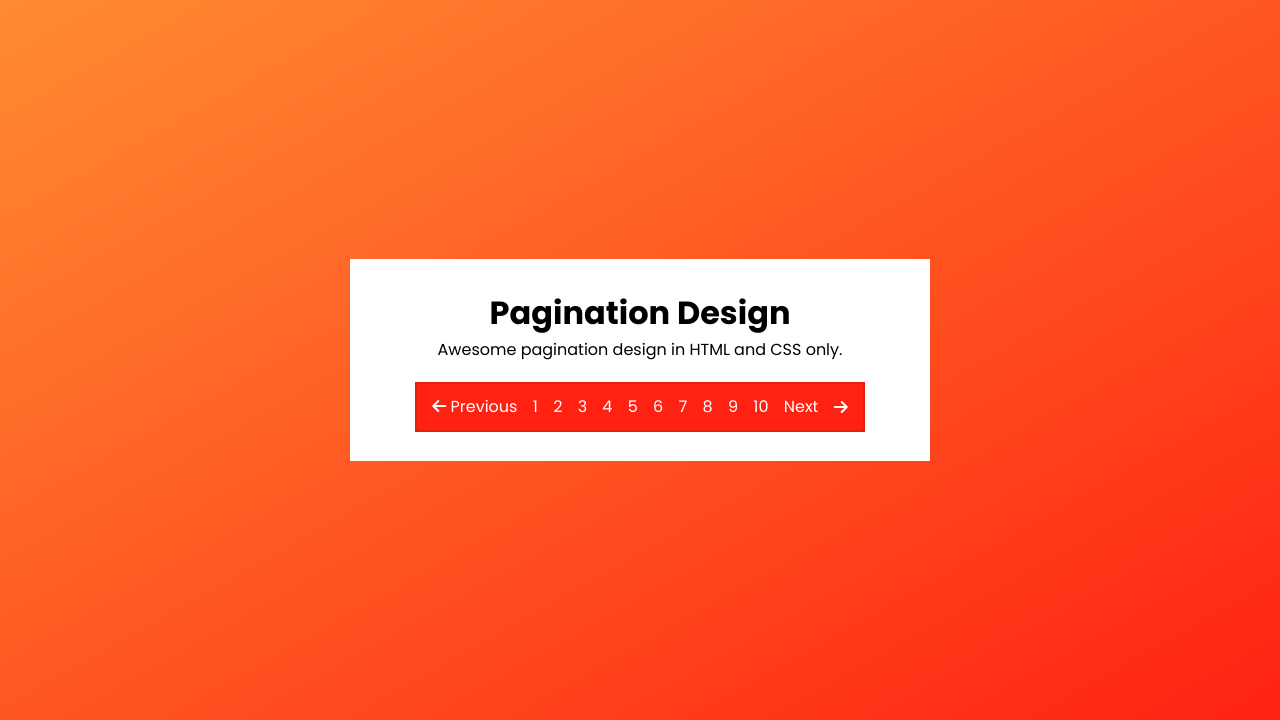
Repository: Ankitkr2021/Awesome-Pagination
Page: index.html
An editor plug-in stored every save of this project. The page is shown before and after the next save, followed by the edit.
The browser window is 1280 px wide. The pictures show the whole page.

Above is the page before, as saved 2025-10-02 09:07:04.

### index.html
<!DOCTYPE html>
<html lang="en">
<head>
    <meta charset="UTF-8">
    <meta name="viewport" content="width=device-width, initial-scale=1.0">
    <title>Document</title>
    <link rel="stylesheet" href="https://cdnjs.cloudflare.com/ajax/libs/font-awesome/6.5.0/css/all.min.css">
    <link rel="stylesheet" href="./style.css">
</head>
<body>
    <div class="page">
        <h1>Pagination Design</h1>
        <p>Awesome pagination design in HTML and CSS only.</p>
        <div class="box">
             <div><i class="fas fa-arrow-left"></i> Previous</div>
            <div>1</div>
            <div>2</div>
            <div>3</div>
            <div>4</div>
            <div>5</div>
            <div>6</div>
            <div>7</div>
            <div>8</div>
            <div>9</div>
            <div>10</div>
            Next<i class="fas fa-arrow-right"></i>
        </div>
    </div>
</body>
</html>

### style.css
@import url("https://fonts.googleapis.com/css2?family=Poppins:wght@300;400;500;600;700&display=swap");

*{
    margin: 0;
    padding: 0;
    box-sizing: border-box;
    font-family: "Poppins",sans-serif;
}

body{
    display: flex;
   justify-content: center;
   align-items: center;
    height: 100vh;
    width: 100%;
    background: linear-gradient(to bottom right, rgb(255, 139, 50), rgb(255, 34, 18));
}

.page{
   display: flex;
   justify-content: center;
   align-items: center;
   flex-direction: column;
   background: #fff;
   width: 580px;
   height: 202px;
}

h1 {
    padding: 0 20px;
}

p {
    margin-bottom: 20px;
}

.box {
    background: rgb(255, 34, 18);
    color: #fff;
    height: 50px;
    width: 450px;
    display: flex;
    justify-content: space-evenly;
    align-items: center;
    border: 2px solid rgba(0,0,0,0.1);
}

After the next save:
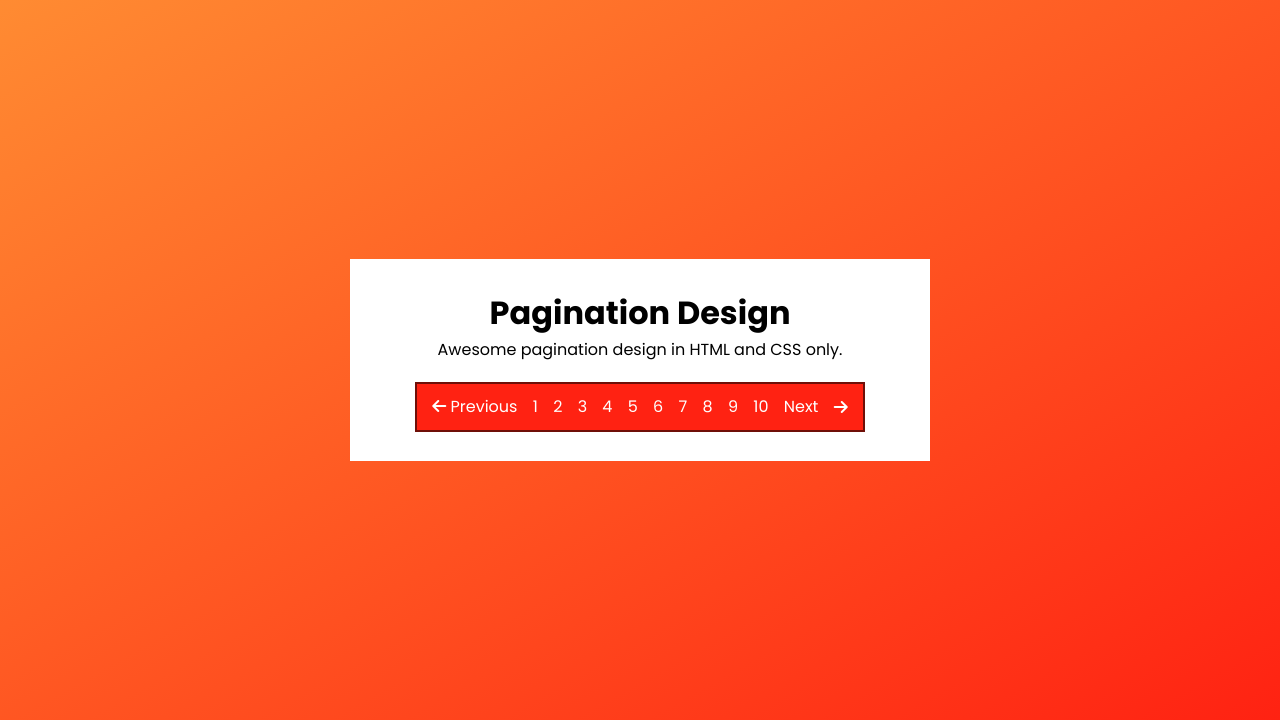
Saved 8 s later.
--- a/style.css
+++ b/style.css
@@ -42,5 +42,5 @@ p {
     display: flex;
     justify-content: space-evenly;
     align-items: center;
-    border: 2px solid rgba(0,0,0,0.1);
+    border: 2px solid rgba(0, 0, 0, 0.566);
 }
